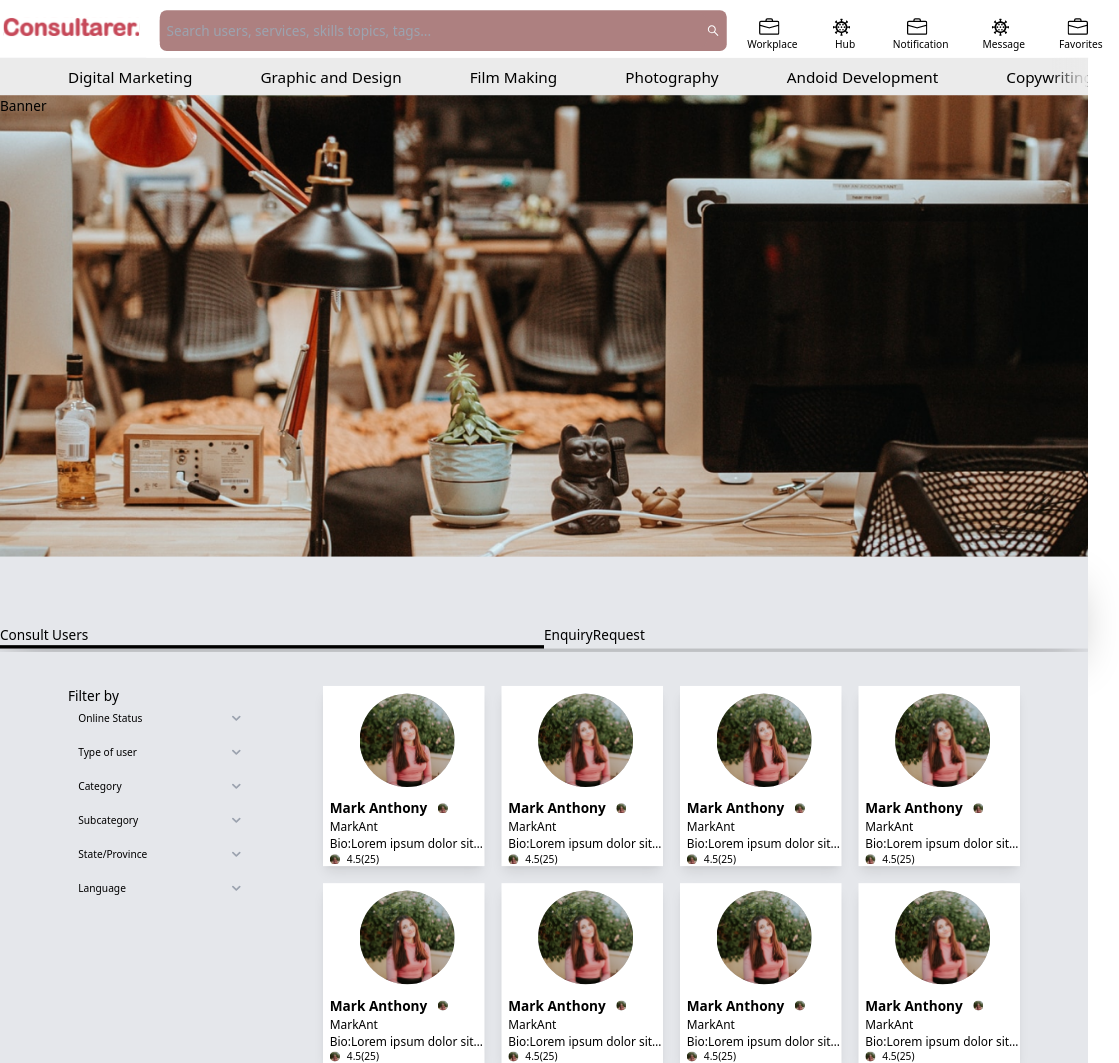
Repository: hisreal123/Consultarer
Page: /
An editor plug-in stored every save of this project. The page is shown before and after the next save, followed by the edit.
The browser window is 1280 px wide. The page is 1317 px wide, so the pictures cover 1317 px, including what lies to the right of the window. The pictures show the whole page, at 85% of full size.
The project was rebuilt for these pictures with package versions that can differ from the ones it lists, and the page was loaded fresh each time. The framework's server and built-in components were replaced by stand-ins that run in the browser. Also part of the build but not shown: next.config.js, webpack.config.js, components/Filter/Sortby.js.

Above is the page before, as saved 2022-04-26 00:31:31.

### pages/_app.js
import Layout from "../components/Layout";
import "../styles/globals.css";



function MyApp({ Component, pageProps }) {
  return (
    <Layout>
      <Component {...pageProps} />
    </Layout>
  );
}

export default MyApp;

### pages/index.js
import Head from "next/head";
import Image from "next/image";
import CatList from "../components/Category/CatList";
import { CatLinkData } from "../utils/CatLinkdata";
import { Banner } from "../components/Banner/Banner";
import { ContentTab } from "../components/CardContent/ContentTab";

export default function Home({ data }) {
  return (
    <div className=" ">
      <Head>
        <title>Cosultarer.</title>
        <meta name="description" content="Generated by create next app" />
        <link rel="icon" href="/favicon.ico" />
      </Head>

      <main className="bg-gray-200">
        <CatList allCatLinkData={data} />
        <Banner />
        <ContentTab />
      </main>
    </div>
  );
}

export async function getStaticProps() {
  return {
    props: {
      data: CatLinkData,
    },
    revalidate: 4 * 60 * 60,
  };
}

### components/Layout.js
import React from "react";
import { TopNav } from "./TopNav/TopNav";

const Layout = ({ children , toggle}) => {
  return (
    <div className="relative">
      <TopNav toggle={toggle}/>
      {children}
    </div>
  );
};

export default Layout;

### components/Category/CatList.js
import React from "react";
import ListLink from "./ListLink";
const CatList = ({ allCatLinkData }) => {
  return (
    <div className="relative  overflow-hidden ">
      <div className="relative">
        <ListLink data={allCatLinkData} />
      </div>
    </div>
  );
};

export default CatList;

### utils/CatLinkdata.js
// Json Array for CarTegory Section
export const CatLinkData = [
  {
    id: 1,
    Category: " Digital Marketing",
  },
  {
    id: 2,
    Category: " Graphic and Design",
  },
  {
    id: 3,
    Category: " Film Making",
  },
  {
    id: 4,
    Category: " Photography ",
  },
  {
    id: 5,
    Category: " Andoid Development ",
  },
  {
    id: 6,
    Category: " Copywriting ",
  },

  {
    id: 7,
    Category: " Photography ",
  },
  {
    id: 8,
    Category: " Andoid Development ",
  },
  {
    id: 9,
    Category: " Copywriting ",
  },
  {
    id: 10,
    Category: " Digital Marketing",
  },
  {
    id: 11,
    Category: " Graphic and Design",
  },
  {
    id: 12,
    Category: " Film Making",
  },
  {
    id: 13,
    Category: " Photography ",
  },
  {
    id: 14,
    Category: " Andoid Development ",
  },
  {
    id: 15,
    Category: " Copywriting ",
  },

  {
    id: 16,
    Category: " Photography ",
  },
  {
    id: 17,
    Category: " Andoid Development ",
  },
  {
    id: 18,
    Category: " Copywriting ",
  },
]; // End of CatLinks

// for Link Data

### components/Banner/Banner.js
import React from "react";

export const Banner = () => {
  return (
    <div className=" h-[543px]  bg-gray-200 bg-hero bg-origin-content bg-right md:bg-center bg-cover bg-no-repeat  ">
      Banner
    </div>
  );
};

### components/CardContent/ContentTab.js
import { React, Fragment, useState } from "react";
import { EnquiryRequest } from "./EnquiryRequest";
import { ConsultUsers } from "./ConsultUsers";

export const ContentTab = () => {
  const [index, setIndex] = useState(0);
  return (
    <div className="Tabs">
      <div className="tabList  grid grid-cols-2 pt-20 bg-gray-200 mb-1 shadow-2xl z-30">
        <div
          className={`tabHead   ${
            index === 0 ? " border-b-4 border-b-black   " : null
          }`}
          onClick={() => {
            setIndex(0);
          }}
        >
          <h1 className="">Consult Users</h1>
        </div>
        <div
          className={`tabHead ${
            index === 1 ? "  border-b-4 border-b-black " : null
          }`}
          onClick={() => {
            setIndex(1);
          }}
        >
          <h1>EnquiryRequest</h1>
        </div>
      </div>
      <div className="contentl ">
        <div className="tabContent" hidden={index != 0}>
          <ConsultUsers />
        </div>
        <div className="tabContent" hidden={index != 1}>
          <EnquiryRequest />
        </div>
      </div>
    </div>
  );
};

### components/TopNav/TopNav.js
import Link from "next/link";
import { React, useState } from "react";
import Search from "./Search";
import { TopNavMobile } from "../Mobile/TopNavMobile";
import { Aside } from "../Mobile/Aside";
import { AccountLinks } from "../AccountLinks";

// All design are been adjusted to mobile first
export const TopNav = () => {
  return (
    <div className=" shadow-sm ">
      {/* tablet and extended*/}
      <div className=" relative lg:flex item-center ">
        <TopNavMobile />
        <div className="wrap hidden lg:flex  lg:bg-white lg:w-screen   lg:pt-3">
          <Search
            widthStyle="  ml-4 rounded-full hidden md:block lg:mr-1 lg:flex lg:pr-2  lg:bg-[#ad8080] lg:text-white "
            inputStyle="lg:w-[643px] lg:py-2  lg:bg-[#ad8080] lg:pl-2 lg:rounded-lg lg:outline-none lg:text-white"
          />
          <div className="acct w-full relative">
            <AccountLinks />
          </div>
        </div>
      </div>
    </div>
  );
};

### components/Category/ListLink.js
import Link from "next/link";
import React from "react";
import { useRouter } from "next/router";

const ListLink = ({ data }) => {
  const router = useRouter();
  return (
    <div className="relative bg-[#EBEBEB]">
      <ul className="  relative flex whitespace-nowrap px-10 sm:px-20 space-x-10 sm:space-x-20 overflow-x-scroll scrollbar-hide py-2 md:text-lg lg:w-screen">
        {data.map((list) => (
          <li
            key={list.id}
            // onClick={() => router.push(`/${list.Category}`)}
            className="hover:scale-105 transition duration-100  cursor-pointer active:text-red-500"
          >
            {list.Category}
          </li>
        ))}
      </ul>

      <div className="absolute top-0 right-0 bg-gradient-to-l from-[#EBEBEB] h-10 w-11"></div>
    </div>
  );
};

export default ListLink;

### components/CardContent/EnquiryRequest.js
import { FilterList } from "../Filter/FilterList";
export const EnquiryRequest = () => {
  return (
    <div className="grid grid-cols-2 relative w-full bg-green-300">
    <FilterList />
    </div>
  );
};

### components/CardContent/ConsultUsers.js
import React from "react";
import { FilterList } from "../Filter/FilterList";
import { UserCard } from "./UserCard";
export const ConsultUsers = () => {
  return (
    <div className="grid grid-cols-4 pt-10 px-20 z-10 gap-20 relative w-full bg-gray-200">
      <FilterList />
      <div className="useCard col-span-3">
        <UserCard userStyle="" />
      </div>
    </div>
  );
};

### components/TopNav/Search.js
import React from "react";
import { AiOutlineSearch } from "react-icons/ai";

const Search = ({ widthStyle, mobileStyle, inputStyle , lgStyle}) => {
  return (
    <div
      className={`transition hover:shadow-md  flex items-center  relative  bg-white  justify-between pr-3 lg:mb-2 lg:rounded-lg group  ${widthStyle} ${mobileStyle} ${lgStyle}`}
    >
      <input
        type="text"
        name="search"
        id="search"
        placeholder="Search users, services, skills topics, tags... "
        className={inputStyle}
      />
      <AiOutlineSearch className="transition hover:scale-105 cursor-pointer  " />
    </div>
  );
};

export default Search;

### components/Mobile/TopNavMobile.js
import { React, useState } from "react";
import { Aside } from "../Mobile/Aside";
import { Logo } from "../Logo";
import { Profile } from "../Profile";
import Search from "../TopNav/Search";
import { MdMenu } from "react-icons/md";

export const TopNavMobile = () => {
  const [openSideBar, setOpenSideBar] = useState(false);
  return (
    <div className="mobile relative pl-1 px-2 pb-1">
      {/* mobile*/}
      {/* Adding pr-2 to make space for te search component*/}
      <div className=" relative flex justify-between items-center bg-white w-full lg:h-full">
        <div className=" relative flex items-center">
          <MdMenu
            className="text-3xl text-gray-600 mr-1 lg:hidden"
            onClick={() => setOpenSideBar(!openSideBar)}
          />
          <Logo />
        </div>
        <Profile /> {/* profile available only for mobile xs & sm screen size*/}
      </div>
      {/* Search avialable only for mobile xs & sm screen size*/}
      <Search
        widthStyle="w-full pl-2  lg:hidden"
        mobileStyle="mb-3 outline-none rounded-full border border-1 "
        inputStyle=" text-xs py-2 px-2 w-full md:text-md"
      />

      <Aside
        sidebarInfo={{ openSideBar, setOpenSideBar }}
        toggleStyle={`
      ${!openSideBar ? "-translate-x-full" : ""}
    `}
      />
    </div>
  );
};

### components/Mobile/Aside.js
import Link from "next/link";
import { React, useState } from "react";
import { GrFormClose } from "react-icons/gr";
import { AccountLinks } from "../AccountLinks";
import Divider from "../divider";
import { FilterList } from "../Filter/FilterList";
import { Logo } from "../Logo";
// Repeated Style for more than one Element
const GenDesc = "text-xs text-red-500  pl-2 py-1";

export const Aside = ({
  toggleStyle,
  sidebarInfo: { openSideBar, setOpenSideBar },
}) => {
  return (
    <div
      className={` bg-white  absolute top-0  left-0  shadow-lg overflow-hidden w-3/4  transition pb-20 z-50  md:w-50 lg:hidden
      ${openSideBar ? " " : "-translate-x-full"} ${toggleStyle}
      `}
    >
      <div className="top ">
        <div className="top flex  justify-between items-center py-2 px-2">
          <Logo />
          <GrFormClose
            className="text-3xl"
            onClick={() => setOpenSideBar(!openSideBar)}
          />
        </div>
        <Divider />
        <h4 className={GenDesc}> Account</h4>
        <AccountLinks />
        <Divider />
        <FilterList filStyle={GenDesc} />
      </div>
    </div>
  );
};

### components/AccountLinks.js
import React from "react";
import { BsBriefcase } from "react-icons/bs";
import { MdOutlineCoronavirus } from "react-icons/md";
import Divider from "./divider";

const AsideLink = [
  {
    id: 1,
    title: " Workplace",
    icon: <BsBriefcase />,
  },

  {
    id: 2,
    title: "Hub",
    icon: <MdOutlineCoronavirus />,
  },

  {
    id: 3,
    title: " Notification",
    icon: <BsBriefcase />,
  },

  {
    id: 4,
    title: "Message",
    icon: <MdOutlineCoronavirus />,
  },

  {
    id: 5,
    title: " Favorites",
    icon: <BsBriefcase />,
  },
];

export const AccountLinks = () => {
  return (
    <div className=" group md:flex md:items-center md:justify-between md:w-full relative   lg:justify-between lg:items-center">
      {AsideLink.map((item) => (
        <div
          key={item.id}
          className="flex items-center px-2 py-2 mb-1 hover:bg-red-200 last:mb-0 md:text-2xl lg:px-0 lg:pt-2 lg:flex-col lg:pl-5 lg:pr-5  lg:hover:bg-white group lg:mb-0 lg:hover:border-b lg:border-b-black transition duration-150 "
        >
          <span className="mr-2 sm:hover:text-red-400 lg:hover:text-black lg:hover:font-extrabold  transition duration-100 lg:hover:animate-bounce">
            {item.icon}
          </span>
          <h1 className="text-xs"> {item.title}</h1>
        </div>
      ))}
    </div>
  );
};

### components/Filter/FilterList.js
import Divider from "../divider";
import { FilterCheckBox } from "./FilterCheckBox";
import Sortby from "./Sortby";

export const FilterList = ({ filStyle }) => {
  return (
    <div className=" ">
      <h3 className={filStyle}> Filter by</h3>

      <div className="wrap px-2">
        <FilterCheckBox OptionTitle="Online Status" />
        <FilterCheckBox OptionTitle="Type of user" />
        <FilterCheckBox OptionTitle="Category" />
        <FilterCheckBox OptionTitle="Subcategory" />
        <FilterCheckBox OptionTitle="State/Province" />
        <FilterCheckBox OptionTitle="Language" />

        {/*<Sortby title="Sort By" subTitle="Price" />
              <Divider />
          <Sortby title=" Rating " /> */}
      </div>
    </div>
  );
};

### components/CardContent/UserCard.js
import React from "react";
import Image from "next/image";
const User = [
  {
    slug: "user1",
    ImageProfile: "/img/unsplash_x9cXI2eQLBw.svg",
    fullname: " Mark Anthony",
    username: "MarkAnt",
    verified: true,
    rank: true,
    rate: "4.5(25)",
    salary: "50",
    timePrice: "10mins",
  },

  {
    slug: "user2",
    ImageProfile: "/img/unsplash_x9cXI2eQLBw.svg",
    fullname: " Mark Anthony",
    username: "MarkAnt",
    verified: true,
    rank: true,
    rate: "4.5(25)",
    salary: "50",
    timePrice: "10mins",
  },

  {
    slug: "user3",
    ImageProfile: "/img/unsplash_x9cXI2eQLBw.svg",
    fullname: " Mark Anthony",
    username: "MarkAnt",
    verified: true,
    rank: true,
    rate: "4.5(25)",
    salary: "50",
    timePrice: "10mins",
  },

  {
    slug: "user4",
    ImageProfile: "/img/unsplash_x9cXI2eQLBw.svg",
    fullname: " Mark Anthony",
    username: "MarkAnt",
    verified: true,
    rank: true,
    rate: "4.5(25)",
    salary: "50",
    timePrice: "10mins",
  },
  {
    slug: "user5",
    ImageProfile: "/img/unsplash_x9cXI2eQLBw.svg",
    fullname: " Mark Anthony",
    username: "MarkAnt",
    verified: true,
    rank: true,
    rate: "4.5(25)",
    salary: "50",
    timePrice: "10mins",
  },

  {
    slug: "user6",
    ImageProfile: "/img/unsplash_x9cXI2eQLBw.svg",
    fullname: " Mark Anthony",
    username: "MarkAnt",
    verified: true,
    rank: true,
    rate: "4.5(25)",
    salary: "50",
    timePrice: "10mins",
  },

  {
    slug: "user7",
    ImageProfile: "/img/unsplash_x9cXI2eQLBw.svg",
    fullname: " Mark Anthony",
    username: "MarkAnt",
    verified: true,
    rank: true,
    rate: "4.5(25)",
    salary: "50",
    timePrice: "10mins",
  },

  {
    slug: "user8",
    ImageProfile: "/img/unsplash_x9cXI2eQLBw.svg",
    fullname: " Mark Anthony",
    username: "MarkAnt",
    verified: true,
    rank: true,
    rate: "4.5(25)",
    salary: "50",
    timePrice: "10mins",
  },
];

export const UserCard = ({ userStyle }) => {
  return (
    <div className={`cardWrapper relative `}>
      <div className="cardContent">
        <div className=" details relative  grid grid-cols-4 gap-5 ">
          {User.map((user, slug) => (
            <div
              className={` user relative flex flex-col bg-white pt-2 pl-2 shadow-lg ${userStyle}`}
              key={slug}
            >
              <div className="relative h-7 w-28 self-center  mb-24 ">
                <Image
                  src={user.ImageProfile}
                  height="100"
                  width="100"
                  layout="responsive"
                  alt="profile Image"
                />
              </div>
              <div className="infos relative">
                <h2 className=" font-semibold flex items-center">
                  {user.fullname}
                  {user.verified ? (
                    <div className="w-3 ml-3">
                      <Image
                        src="/img/unsplash_x9cXI2eQLBw.svg"
                        alt="verified"
                        layout="responsive"
                        height="100"
                        width="100"
                      />
                    </div>
                  ) : (
                    null(" false")
                  )}
                </h2>
                <h3 className=" font-medium text-sm"> {user.username} </h3>

                <p className="text-sm truncate">
                  Bio:
                  <span>
                    Lorem ipsum dolor sit amet, consectetur adipisicing elit.
                    Similique itaque dolore, quod hic magnam facere enim
                    temporibus esse eligen
                  </span>
                </p>

                <p className="star text-xs flex items-center ">
                  <div className="w-3 mr-2 ">
                    <Image
                      src="/img/unsplash_x9cXI2eQLBw.svg"
                      alt="verified"
                      layout="responsive"
                      height="100"
                      width="100"
                    />
                  </div>
                  <span>{user.rate}</span>
                </p>
              </div>
            </div>
          ))}
        </div>
      </div>
    </div>
  );
};

### components/Logo.js
import Link from "next/link";
import React from "react";
import LogoPic from "../public/img/logo.svg";
export const Logo = () => {
  return (
    <div>
      <Link href="#">
        <a className="cursor-pointer">
          <LogoPic className="h-10 w-28 md:w-36 lg:h-30 lg:w-40 lg:pt-2 lg:pb-2" />
        </a>
      </Link>
    </div>
  );
};

### components/Profile.js
import React from "react";
import ProfilePic from "../public/img/unsplash_x9cXI2eQLBw.svg";

export const Profile = () => {
  return (
    <div className="group absolute right-0 pr-2 lg:hidden transition duration-150">
      <ProfilePic className="text-3xl group:hover:shadow-lg " />
      <span className="bg-green-600 h-2 w-2 absolute z-10 bottom-1 right-2  rounded-full "></span>
    </div>
  );
};

### components/divider.js
import React from "react";

function Divider() {
  return <div className="divider h-[0.08px] w-full bg-gray-300 "></div>;
}

export default Divider;

### components/Filter/FilterCheckBox.js
import { useState } from "react";
import { Listbox, Transition } from "@headlessui/react";
import { ChevronDownIcon } from "@heroicons/react/solid";

const people = [
  { id: 2, title: "Online Status" },
  { id: 3, title: "Option2" },
  { id: 4, title: "Option3" },
  { id: 5, title: "Option4" },
  { id: 5, title: "Option5" },
];

export const FilterCheckBox = ({ OptionTitle }) => {
  const [selectedPerson, setSelectedPerson] = useState(people[0]);
  return (
    <Listbox value={selectedPerson} onChange={setSelectedPerson}>
      <div className="wrap ">
        <Listbox.Button className="mb-3 p-1 text-xs flex items-center w-full  justify-between   ">
          <span className="">{OptionTitle || selectedPerson.title}</span>
          <ChevronDownIcon className="w-5 h-5 text-gray-400" />
        </Listbox.Button>

        <Listbox.Options className="px-1 bg-gray-200 relative">
          {people.map((person) => (
            /* Disabled options will be skipped by keyboard navigation. */
            <Listbox.Option
              key={person.id}
              value={person}
              className="text-xs py-1 md:text-lg "
            >
              {({ active, selected }) => (
                <li
                  className={` py-1 px-2 ${
                    active ? "bg-blue-500 text-white " : "text-black"
                  }`}
                >
                  {selected}
                  {person.title}
                </li>
              )}
            </Listbox.Option>
          ))}
        </Listbox.Options>
      </div>
    </Listbox>
  );
};

### tailwind.config.js
module.exports = {
  mode: "jit",
  content: [
    "./pages/**/*.{js,ts,jsx,tsx}",
    "./components/**/*.{js,ts,jsx,tsx}",
  ],
  theme: {
    extend: {
      backgroundImage: {
        hero: "url('/img/BannerImage.png')",
      },
    },
  },
  plugins: [require("tailwind-scrollbar-hide")],
};

Loaded but not shown: styles/globals.css (common file)

After the next save:
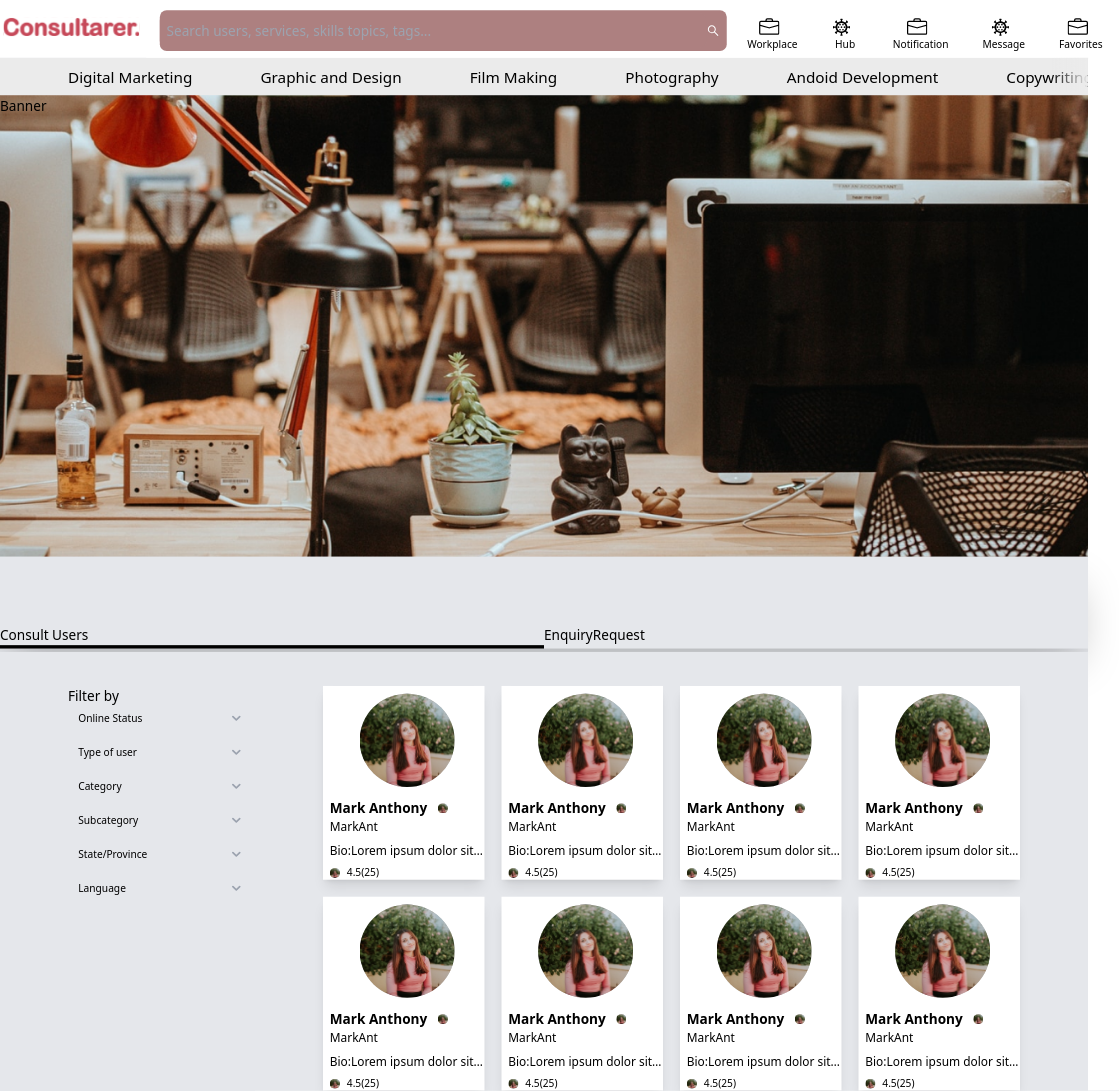
Saved 12 s later.
--- a/components/CardContent/UserCard.js
+++ b/components/CardContent/UserCard.js
@@ -135,7 +135,7 @@ export const UserCard = ({ userStyle }) => {
                 </h2>
                 <h3 className=" font-medium text-sm"> {user.username} </h3>
 
-                <p className="text-sm truncate">
+                <p className="text-sm truncate my-2">
                   Bio:
                   <span>
                     Lorem ipsum dolor sit amet, consectetur adipisicing elit.
